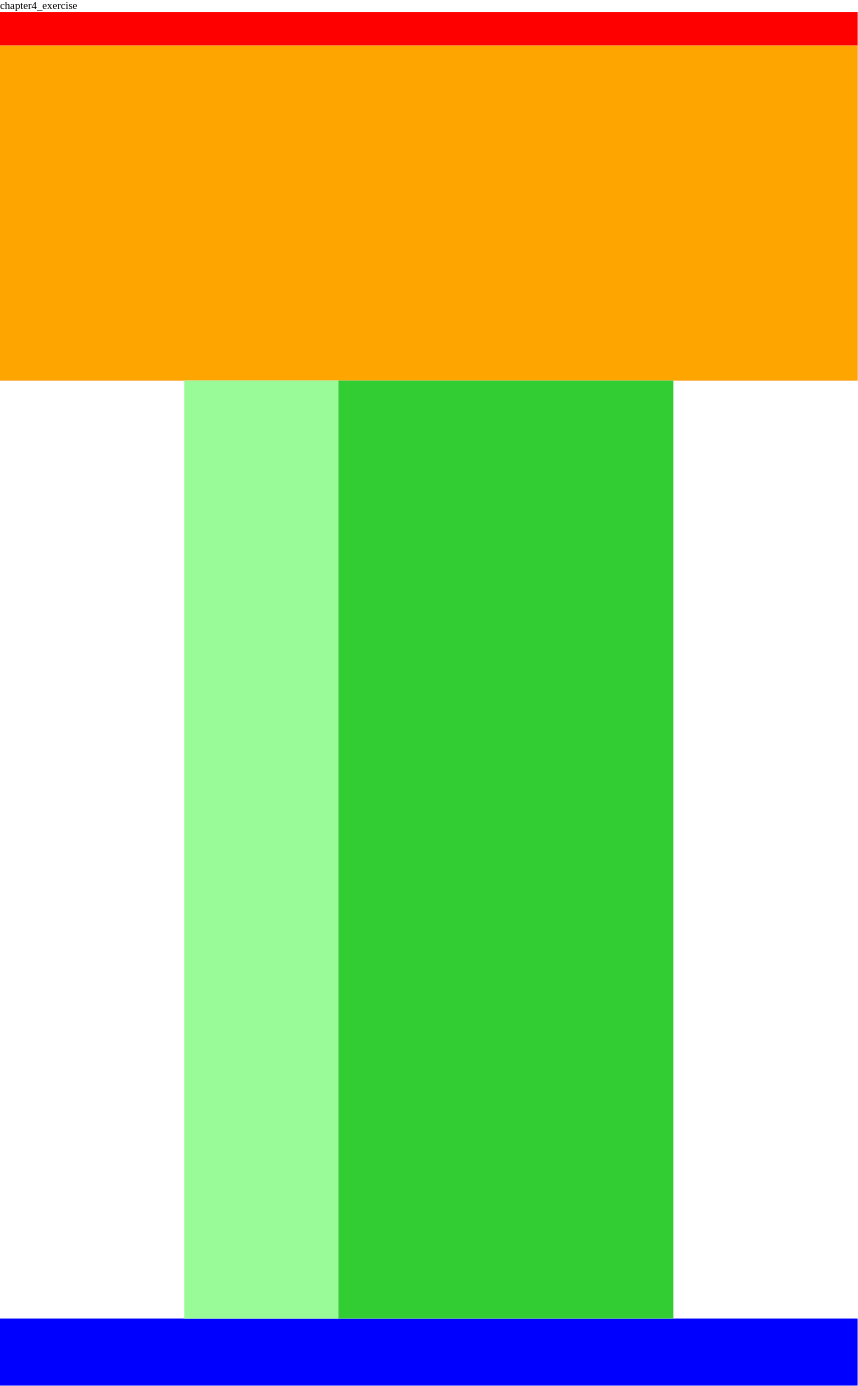
Repository: CarAll02/git-practice
Page: chapter4_exercise/index.html
The author's editor kept a record of every edit. The page is drawn from the files as they stood at one moment, then again after the next edit.
The browser window is 1280 px wide. The pictures show the whole page, at 67% of full size.

Above is the page before.

### chapter4_exercise/index.html
<!DOCTYPE html>
<html lang="ja">
  <head>
    <meta charset="UTF-8"/>
    <link rel="stylesheet" href="style.css">
    <tile>chapter4_exercise</tile>
  </head>

  <body>
    <div class="header">
      <div class="header-top"></div>
      <div class="header-bottom"></div>
    </div>

    <div class="main">
      <div class="side"></div>
      <div class="center"></div>
      <div class="right"></div>
    </div>

    <div class="footer"></div>
  </body>
</html>

### chapter4_exercise/style.css
*{
  margin:0;
  padding:0;
  box-sizing:border-box;
}

.header{
  width:100%;
  height:550px;
  background-color: pink
  ;
}

.header-top{
  width:100%;
  height:50px;
  background-color: red;
}

.header-bottom{
  width:100%;
  height:500px;
  background-color: orange;
}

.main{
  width:960px;
  display:flex;
  justify-content:center;
  margin:0 auto;
}

.side{
  width:230px;
  height:1400px;
  background-color: palegreen;
}

.center{
  width:500px;
  height:1400px;
  background-color: limegreen;
}

.footer{
  width:100%;
  height:100px;
  background-color: blue;
}

After the next edit:
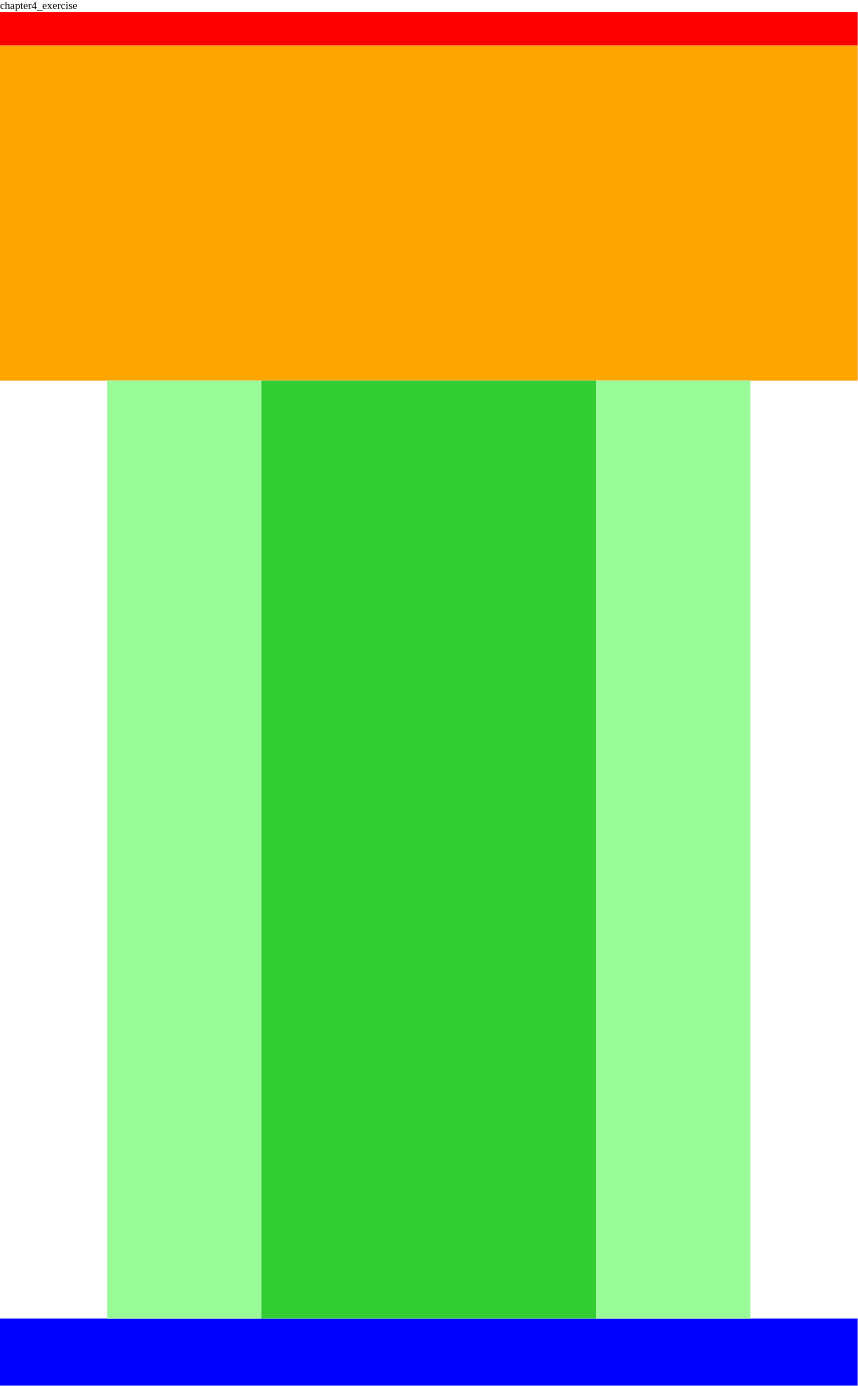
The edit:
--- a/chapter4_exercise/index.html
+++ b/chapter4_exercise/index.html
@@ -15,7 +15,7 @@
     <div class="main">
       <div class="side"></div>
       <div class="center"></div>
-      <div class="right"></div>
+      <div class="side"></div>
     </div>
 
     <div class="footer"></div>
